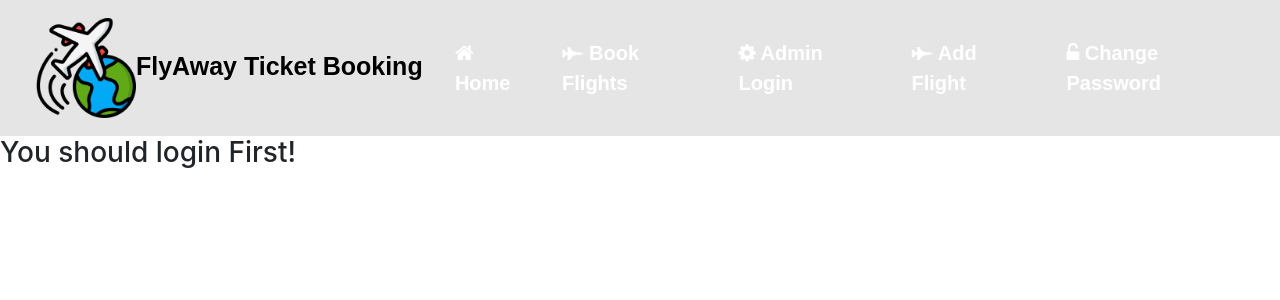
Repository: sayrabano/Phase2-project
Page: http://localhost/FlyAway/adminDashboard.jsp
An editor plug-in stored every save of this project. The page is shown before and after the next save, followed by the edit.
The browser window is 1280 px wide. The pictures show the whole page.
Some web fonts or font styles are not loaded; a fallback is used. The page is served by Tomcat 9.

Above is the page before, as saved 2021-09-26 12:56:30.

After the next save:
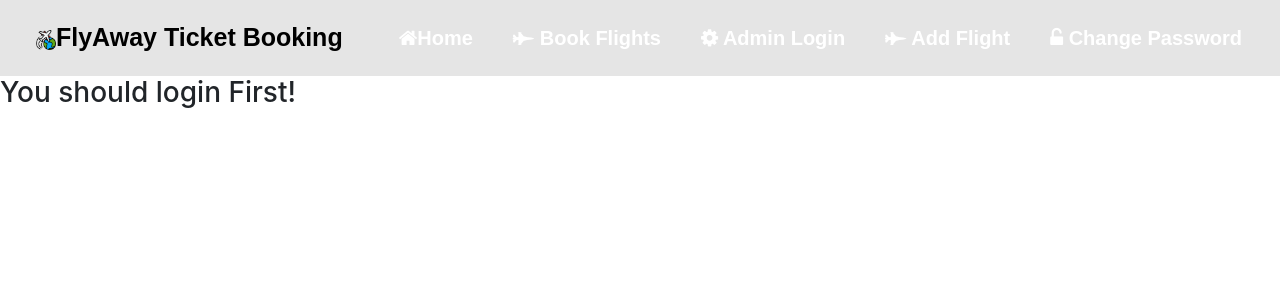
Saved 9 s later.
--- a/FlyAway/src/main/webapp/adminDashboard.jsp
+++ b/FlyAway/src/main/webapp/adminDashboard.jsp
@@ -39,7 +39,7 @@ ResultSet resultSet = null;
 
 
 
-		<a class="navbar-brand" id="tag"><img src="Images/travel.png" class="img-fluid"  width="100px">FlyAway Ticket Booking</a>
+		<a class="navbar-brand" id="tag"><img src="Images/travel.png" class="img-fluid"  width="20px">FlyAway Ticket Booking</a>
 
 
 		<div class="collapse navbar-collapse" id="navbarSupportedContent">
